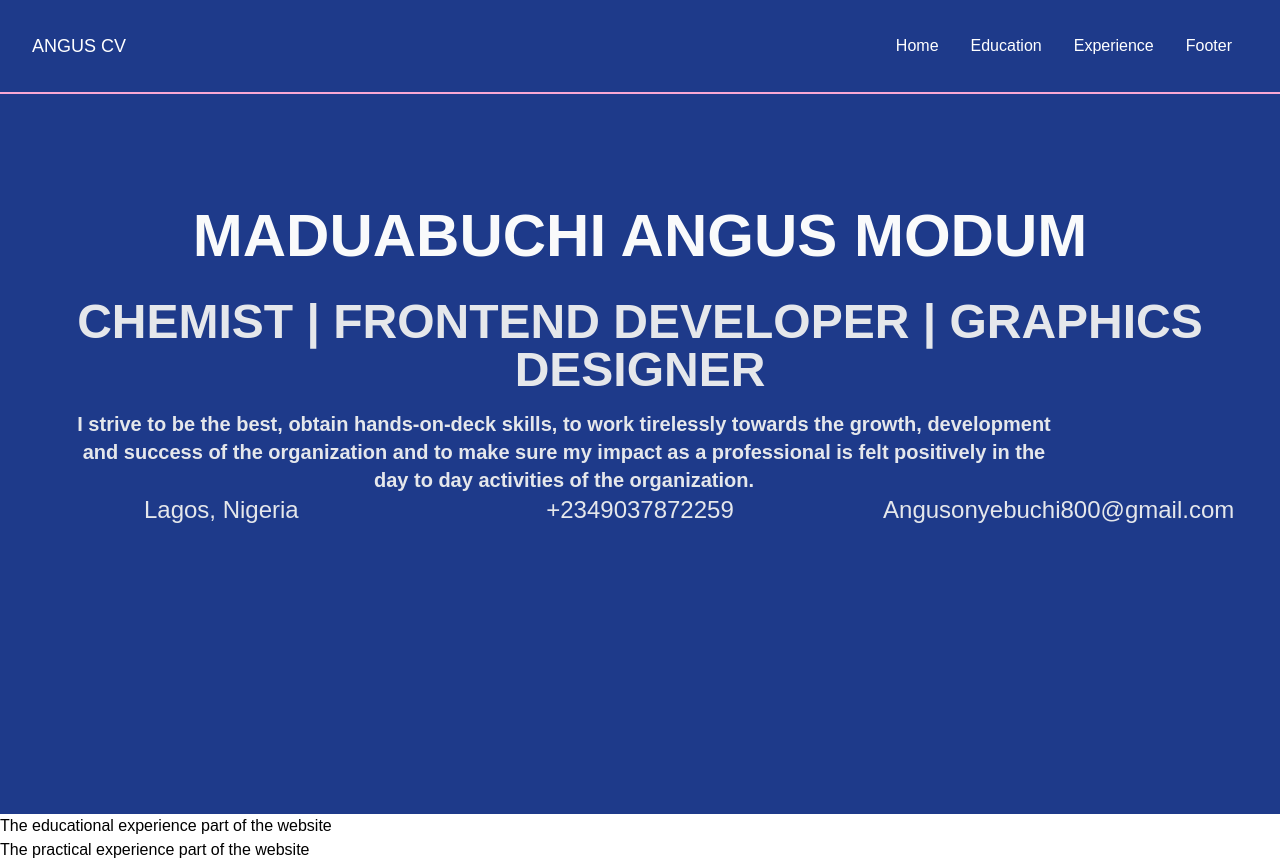
Repository: AngusOnyebuchi/AngusOnyebuchi.github.io
Page: /
These files come from the project's save history. The page is drawn as it stood at one moment and after the next save; the edit follows.
The browser window is 1280 px wide. The pictures show the whole page.
The project was rebuilt for these pictures with package versions that can differ from the ones it lists, and the page was loaded fresh each time.

Above is the page before, as saved 2022-04-17 15:54:08.

### public/index.html
<!DOCTYPE html>
<html lang="en">
  <head>
    <meta charset="utf-8" />
    <link rel="icon" href="%PUBLIC_URL%/favicon.ico" />
    <meta name="viewport" content="width=device-width, initial-scale=1" />
    <meta name="theme-color" content="#000000" />
    <meta
      name="description"
      content="Web site created using create-react-app"
    />
    <link rel="apple-touch-icon" href="%PUBLIC_URL%/logo192.png" />
    <!--
      manifest.json provides metadata used when your web app is installed on a
      user's mobile device or desktop. See https://developers.google.com/web/fundamentals/web-app-manifest/
    -->
    <link rel="manifest" href="%PUBLIC_URL%/manifest.json" />
    <!--
      Notice the use of %PUBLIC_URL% in the tags above.
      It will be replaced with the URL of the `public` folder during the build.
      Only files inside the `public` folder can be referenced from the HTML.

      Unlike "/favicon.ico" or "favicon.ico", "%PUBLIC_URL%/favicon.ico" will
      work correctly both with client-side routing and a non-root public URL.
      Learn how to configure a non-root public URL by running `npm run build`.
    -->
    <title>Angus CV </title>
  </head>
  <body>
    <noscript>You need to enable JavaScript to run this app.</noscript>
    <div id="root"></div>
    <!--
      This HTML file is a template.
      If you open it directly in the browser, you will see an empty page.

      You can add webfonts, meta tags, or analytics to this file.
      The build step will place the bundled scripts into the <body> tag.

      To begin the development, run `npm start` or `yarn start`.
      To create a production bundle, use `npm run build` or `yarn build`.
    -->
  </body>
</html>

### src/index.js
import React from "react";
import ReactDOM from "react-dom";
import "./style.css"
import App from "./App";

ReactDOM.render(<App/>, document.getElementById("root"))

### src/style.css
@tailwind base;
@tailwind components;
@tailwind utilities;

@layer base {
    body{
        @apply font-[Sans-serif];
    }
    li {
        @apply px-4;
        @apply cursor-pointer;
    }
}

### src/App.js
import React from "react";
import Home from "./components/Home"
import Education from "./components/Education";
import Experience from "./components/Experience";
import NavBar from "./components/NavBar";

export default function App() {
  return (
    <div>
      <NavBar/>
      <Home/>
      <Education/>
      <Experience/>
    </div>
  )
}

### src/components/Home.js
import React from "react";

export default function Home() {
    return (
        <div className="w-full h-screen p-4 bg-blue-900 text-gray-200">
            <h1 className="text-4xl md:text-6xl font-bold uppercase pt-24 text-center text-gray-50">Maduabuchi Angus Modum</h1>
            <h3 className="text-3xl md:text-5xl font-bold uppercase pt-8 text-center">Chemist | Frontend Developer | Graphics Designer</h3>
            <p className="font-bold text-center justify-center text-lg md:text-xl max-w-[1000px] mx-12 mt-4">I strive to be the best, obtain hands-on-deck skills,
                to work tirelessly towards the growth, development and success of the organization and to make sure my impact
                as a professional is felt positively in the day to day activities of the organization.</p>

            <div className="grid grid-cols-3 gap-2 text-2xl text-center">
                <h4 className="mx-0">Lagos, Nigeria</h4>
                <h4 className="mx-0">+2349037872259</h4>
                <h4  className="mx-0">Angusonyebuchi800@gmail.com</h4>
            </div>
        </div>
    )
}

### src/components/Education.js
import React from "react";

export default function Education() {
    return(
        <div>
            <h1>The educational experience part of the website</h1>
        </div>
    )
}

### src/components/Experience.js
import React from "react";

export default function Experience() {
    return(
        <div>
            <h1>The practical experience part of the website</h1>
        </div>
    )
}

### src/components/NavBar.js
import React, {useState} from "react";
import {FaTimes, FaBars} from "react-icons/fa"

export default function NavBar() {

    const [nav, setNav] = useState(true)
    const toggle = () => setNav(!nav)

    return(
        <div className="bg-blue-900 text-white w-full p-8 flex justify-between items-center border-b-2 border-pink-300">
            <h1 className="uppercase text-lg">Angus CV</h1>

            <ul className=" hidden sm:flex justify-between">
                <li className="hover:border-b-2 border-pink-300 ">Home</li>
                <li className="hover:border-b-2 border-pink-300 ">Education</li>
                <li className="hover:border-b-2 border-pink-300 ">Experience</li>
                <li className="hover:border-b-2 border-pink-300 ">Footer</li>
            </ul>

            {/** Mobile list */}
            <div onClick={toggle} className="sm:hidden z-10">
                {nav ? <FaBars/> : <FaTimes/>}
            </div>
            <ul className={nav ? 'hidden' : 'absolute top-0 left-0 w-full h-screen bg-inherit flex flex-col justify-center items-center my-8 sm:hidden'}>
                    <li>Home</li>
                    <li>Education</li>
                    <li>Experience</li>
                    <li>Footer</li>
            </ul>
        </div>
    )
}

Loaded but not shown: tailwind.config.js (common file)

After the next save:
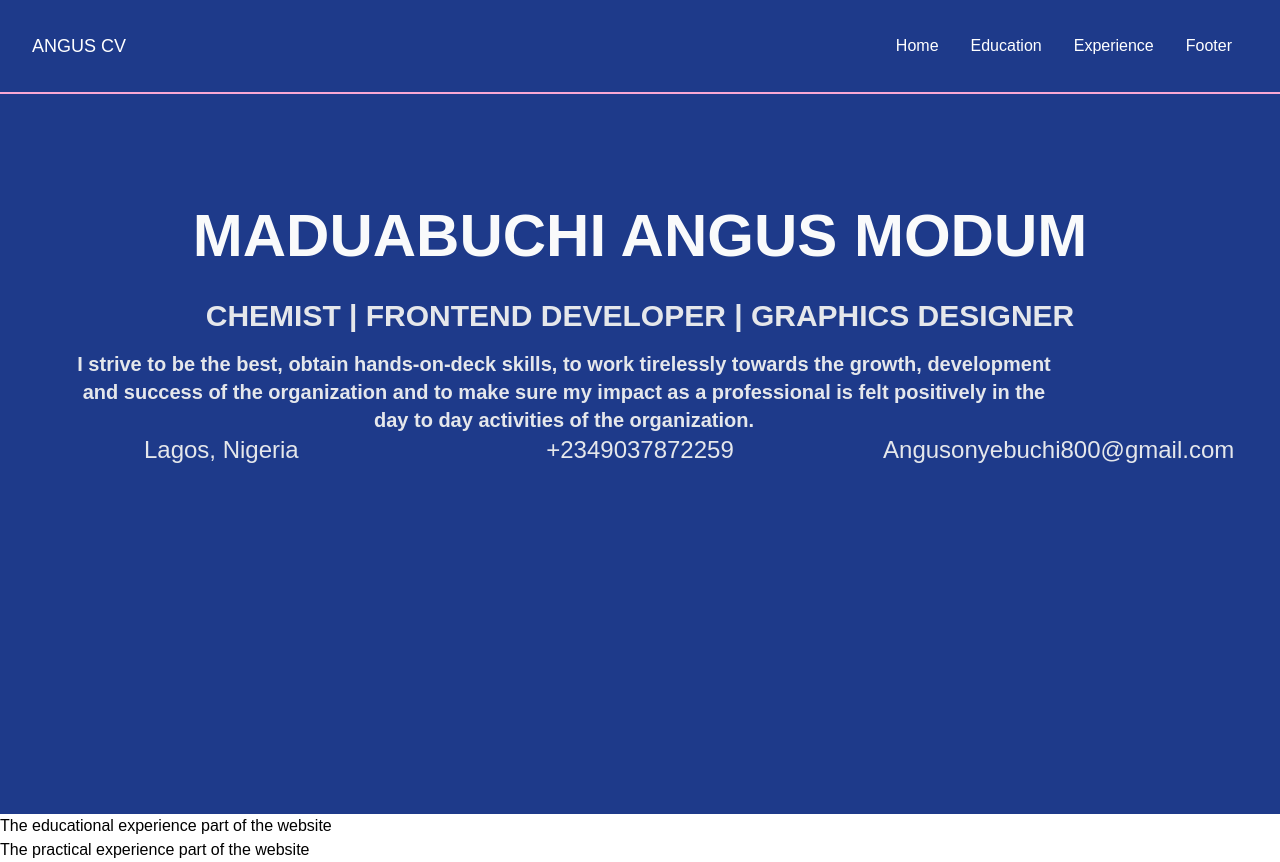
Saved 26 s later.
--- a/src/components/Home.js
+++ b/src/components/Home.js
@@ -4,7 +4,7 @@ export default function Home() {
     return (
         <div className="w-full h-screen p-4 bg-blue-900 text-gray-200">
             <h1 className="text-4xl md:text-6xl font-bold uppercase pt-24 text-center text-gray-50">Maduabuchi Angus Modum</h1>
-            <h3 className="text-3xl md:text-5xl font-bold uppercase pt-8 text-center">Chemist | Frontend Developer | Graphics Designer</h3>
+            <h3 className="text-xl md:text-3xl font-bold uppercase pt-8 text-center">Chemist | Frontend Developer | Graphics Designer</h3>
             <p className="font-bold text-center justify-center text-lg md:text-xl max-w-[1000px] mx-12 mt-4">I strive to be the best, obtain hands-on-deck skills,
                 to work tirelessly towards the growth, development and success of the organization and to make sure my impact
                 as a professional is felt positively in the day to day activities of the organization.</p>
